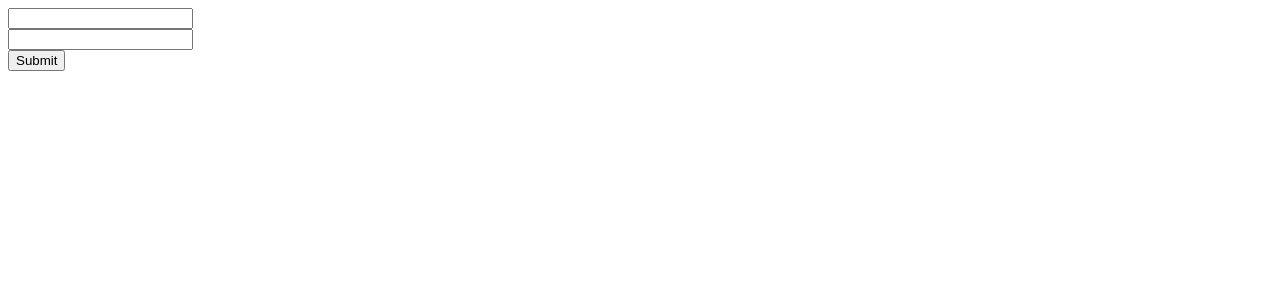
Repository: Leehj9094/JAVA_BOOK-
Page: http://localhost/01JSP/C08/01EL/form.jsp
An editor plug-in stored every save of this project. The page is shown before and after the next save, followed by the edit.
The browser window is 1280 px wide. The pictures show the whole page.
The page is served by Tomcat 9. Other server files are loaded and not shown.

Above is the page before, as saved 2025-04-04 02:13:22.

### JSP/01JSP/src/main/webapp/C08/01EL/form.jsp
<%@ page language="java" contentType="text/html; charset=UTF-8"
    pageEncoding="UTF-8"%>
<!DOCTYPE html>
<html>
<head>
<meta charset="UTF-8">
<title>Insert title here</title>
</head>
<body>

	<form action = "./result.jsp">
		<div>
			<input type="text" name="username" />
		</div>
		<div>
			<input type="text" name="password" />
		</div>
		<div>
			<input type="submit" name="전송" />
		</div>
	</form>

</body>
</html>

After the next save:
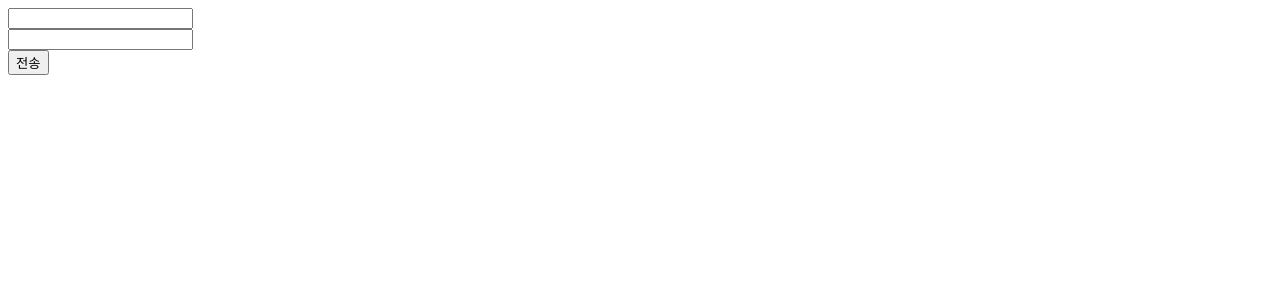
Saved 30 s later.
--- a/JSP/01JSP/src/main/webapp/C08/01EL/form.jsp
+++ b/JSP/01JSP/src/main/webapp/C08/01EL/form.jsp
@@ -16,7 +16,7 @@
 			<input type="text" name="password" />
 		</div>
 		<div>
-			<input type="submit" name="전송" />
+			<input type="submit" value="전송" />
 		</div>
 	</form>
 
